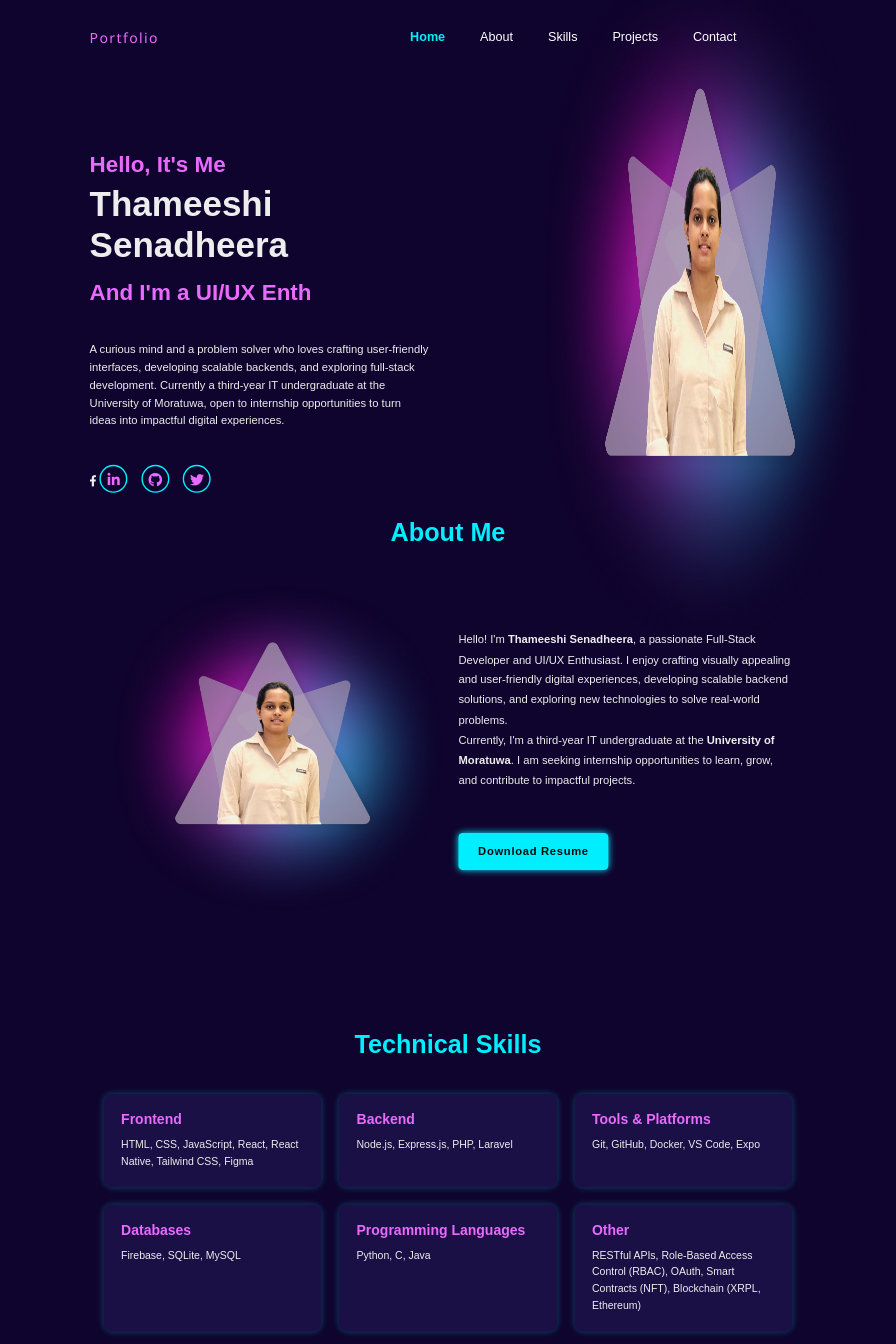
Repository: Thameeshi/portfolio-website
Page: http://localhost/
The author's editor kept a copy of each file at every save. The page is drawn from the files as they stood at one save, then again after the next save.
The browser window is 1280 px wide. The pictures show the part of the page from y = 0 to 1920 px (the page is 3616 px tall), at 70% of full size.
The page is served by the project's Node server (server.js).

Above is the page before, as saved 2025-09-11 11:15:08.

### views/index.ejs
<!DOCTYPE html>
<html lang="en">
<head>
    <meta charset="UTF-8">
    <meta name="viewport" content="width=device-width, initial-scale=1.0">
    <title><%= title || (data.personal.name + ' - Portfolio') %></title>
    <link rel="stylesheet" href="/css/style.css">

    <!-- Font Awesome for icons -->
    <link rel="stylesheet" href="https://cdnjs.cloudflare.com/ajax/libs/font-awesome/6.4.0/css/all.min.css" crossorigin="anonymous" referrerpolicy="no-referrer" />

    <!-- SEO Meta Tags -->
    <meta name="description" content="<%= data.personal.name %> - <%= data.personal.title %> specializing in full-stack development, UI/UX design, and modern web technologies.">
    <meta name="keywords" content="full-stack developer, UI/UX, web development, React, Node.js, portfolio, <%= data.personal.name %>">
    <meta name="author" content="<%= data.personal.name %>">
    <meta name="robots" content="index, follow">

    <!-- Open Graph Tags -->
    <meta property="og:title" content="<%= data.personal.name %> - Portfolio">
    <meta property="og:description" content="<%= data.personal.title %> specializing in full-stack development and UI/UX design">
    <meta property="og:type" content="website">
    <meta property="og:url" content="<%= process.env.SITE_URL || '' %>">
    <meta property="og:image" content="/images/home.png">

    <!-- Twitter Card -->
    <meta name="twitter:card" content="summary_large_image">
    <meta name="twitter:title" content="<%= data.personal.name %> - Portfolio">
    <meta name="twitter:description" content="<%= data.personal.title %> specializing in full-stack development and UI/UX design">
    <meta name="twitter:image" content="/images/home.png">

    <!-- Favicon -->
    <link rel="icon" type="image/x-icon" href="/favicon.ico">

    <!-- Preload important resources -->
    <link rel="preload" href="/css/style.css" as="style">
    <link rel="preload" href="/images/home.png" as="image">
</head>

<body>
    <!-- Header -->
    <header class="header" id="header">
        <a href="#home" class="logo">Portfolio</a>

        <nav class="navbar" id="navbar">
            <a href="#home" class="nav-link">Home</a>
            <a href="#about" class="nav-link">About</a>
            <a href="#skills" class="nav-link">Skills</a>
            <a href="#projects" class="nav-link">Projects</a>
            <a href="#contact" class="nav-link">Contact</a>
        </nav>

        <!-- Mobile menu button -->
        <div class="hamburger" id="hamburger">
            <span></span>
            <span></span>
            <span></span>
        </div>
    </header>

    <!-- Home Section -->
    <section class="home" id="home">
        <div class="home-content">
            <h3>Hello, It's Me</h3>
            <h1><%= data.personal.name %></h1>
            <h3>And I'm a <span class="typing" id="typing"></span></h3>
            <p><%= data.personal.description %></p>

            <!-- Social Links -->
            <div class="home-sci">
                    <i class="fab fa-facebook-f"></i>
                </a>
                <a href="https://www.facebook.com/profile.php?id=61557323637578&mibextid=LQQJ4d" target="_blank" rel="noopener noreferrer" aria-label="LinkedIn">
                    <i class="fab fa-linkedin-in"></i>
                </a>
                <a href="<%= data.social.github %>" target="_blank" rel="noopener noreferrer" aria-label="GitHub">
                    <i class="fab fa-github"></i>
                </a>
                <a href="<%= data.social.twitter %>" target="_blank" rel="noopener noreferrer" aria-label="Twitter">
                    <i class="fab fa-twitter"></i>
                </a>
            </div>
        </div>

        <!-- Right side: Image -->
        <div class="image">
            <img src="/images/home.png" alt="<%= data.personal.name %> - Profile Picture" loading="eager">
        </div>
    </section>

    <!-- About Section -->
    <section class="about" id="about">
        <div class="container">
            <h2>About Me</h2>
            <div class="about-content">
                <div class="about-text">
                    <p>
                        Hello! I'm <strong><%= data.personal.name %></strong>, a passionate <%= data.personal.title %> and UI/UX Enthusiast.
                        I enjoy crafting visually appealing and user-friendly digital experiences, developing scalable backend solutions,
                        and exploring new technologies to solve real-world problems.
                    </p>
                    <p>
                        Currently, I'm a third-year IT undergraduate at the <strong><%= data.personal.university %></strong>.
                        I am seeking internship opportunities to learn, grow, and contribute to impactful projects.
                    </p>
                    <div class="download">
                        <a href="<%= data.personal.resumeLink %>" class="btn-box" target="_blank" rel="noopener noreferrer">
                            Download Resume
                        </a>
                    </div>
                </div>
                <div class="about-image">
                    <img src="/images/home.png" alt="About <%= data.personal.name %>" loading="lazy">
                </div>
            </div>
        </div>
    </section>

    <!-- Skills Section -->
    <section class="skills" id="skills">
        <div class="container">
            <h2>Technical Skills</h2>
            <div class="skills-grid">
                <% data.skills.forEach(skill => { %>
                    <div class="skill-card">
                        <h3><%= skill.category %></h3>
                        <p><%= skill.technologies %></p>
                    </div>
                <% }); %>
            </div>
        </div>
    </section>

    <!-- Projects Section -->
    <section class="projects" id="projects">
        <div class="container">
            <h2>Featured Project</h2>
            <div class="project-showcase">
                <div class="project-card">
                    <div class="project-image-container">
                        <div class="project-images">
                            <% data.project.images.forEach((image, index) => { %>
                                <img src="/images/<%= image %>"
                                     alt="<%= data.project.title %> Screenshot <%= index + 1 %>"
                                     class="project-img <%= index === 0 ? 'active' : '' %>"
                                     loading="<%= index === 0 ? 'eager' : 'lazy' %>">
                            <% }); %>
                        </div>
                        <div class="image-nav">
                            <% data.project.images.forEach((image, index) => { %>
                                <button class="nav-dot <%= index === 0 ? 'active' : '' %>"
                                        onclick="showImage(<%= index %>)"
                                        aria-label="Show image <%= index + 1 %>"></button>
                            <% }); %>
                        </div>
                        <div class="project-overlay">
                            <div class="project-links">
                                <a href="<%= data.project.githubLink %>"
                                   class="project-link"
                                   target="_blank"
                                   rel="noopener noreferrer"
                                   aria-label="View source code">
                                    <i class="fab fa-github"></i>
                                </a>
                                <a href="<%= data.project.liveLink %>"
                                   class="project-link"
                                   target="_blank"
                                   rel="noopener noreferrer"
                                   aria-label="View live demo">
                                    <i class="fas fa-external-link-alt"></i>
                                </a>
                            </div>
                        </div>
                    </div>
                    <div class="project-info">
                        <h3><%= data.project.title %></h3>
                        <p><%= data.project.description %></p>
                        <div class="project-features">
                            <% data.project.features.forEach(feature => { %>
                                <div class="feature">
                                    <i class="fas fa-check-circle"></i>
                                    <span><%= feature %></span>
                                </div>
                            <% }); %>
                        </div>
                        <div class="project-tech">
                            <% data.project.technologies.forEach(tech => { %>
                                <span><%= tech %></span>
                            <% }); %>
                        </div>
                    </div>
                </div>
            </div>
        </div>
    </section>

    <!-- Contact Section -->
    <section class="contact" id="contact">
        <div class="container">
            <h2>Get In Touch</h2>
            <p>I'm always open to discussing new opportunities and interesting projects.</p>

            <div class="contact-content">
                <div class="contact-info">
                    <div class="contact-item">
                        <i class="fas fa-envelope"></i>
                        <h3>Email</h3>
                        <p><%= data.personal.email %></p>
                    </div>
                    <div class="contact-item">
                        <i class="fas fa-phone"></i>
                        <h3>Phone</h3>
                        <p><%= data.personal.phone %></p>
                    </div>
                    <div class="contact-item">
                        <i class="fas fa-map-marker-alt"></i>
                        <h3>Location</h3>
                        <p><%= data.personal.location %></p>
                    </div>
                </div>

                <form class="contact-form" id="contactForm">
                    <div class="form-group">
                        <input type="text"
                               id="name"
                               name="name"
                               placeholder="Your Name"
                               required
                               maxlength="50"
                               pattern="[A-Za-z\s]+"
                               title="Name should only contain letters and spaces">
                    </div>
                    <div class="form-group">
                        <input type="email"
                               id="email"
                               name="email"
                               placeholder="Your Email"
                               required
                               maxlength="100">
                    </div>
                    <div class="form-group">
                        <input type="text"
                               id="subject"
                               name="subject"
                               placeholder="Subject"
                               required
                               maxlength="100">
                    </div>
                    <div class="form-group">
                        <textarea id="message"
                                  name="message"
                                  placeholder="Your Message"
                                  rows="5"
                                  required
                                  minlength="10"
                                  maxlength="1000"></textarea>
                    </div>
                    <button type="submit" class="btn-box">
                        <span class="btn-text">Send Message</span>
                        <span class="btn-loading" style="display: none;">Sending...</span>
                    </button>
                </form>
            </div>
        </div>
    </section>

    <!-- Footer -->
    <footer class="footer">
        <div class="container">
            <p>&copy; <%= currentYear %> <%= data.personal.name %>. All rights reserved.</p>
        </div>
    </footer>

    <!-- Loading overlay -->
    <div class="loading-overlay" id="loadingOverlay">
        <div class="loading-spinner"></div>
    </div>

    <!-- Scripts -->
    <script src="/js/main.js"></script>

    <!-- Typing Effect -->
    <script>
        // Typing effect with data from server
        const typingText = document.getElementById('typing');
        const words = <%- JSON.stringify(data.personal.roles) %>;
        let wordIndex = 0;
        let charIndex = 0;
        let isDeleting = false;

        function typeEffect() {
            if (!typingText || words.length === 0) return;

            const currentWord = words[wordIndex];
            const currentText = currentWord.substring(0, charIndex);
            typingText.textContent = currentText;

            if (!isDeleting && charIndex < currentWord.length) {
                charIndex++;
                setTimeout(typeEffect, 100);
            } else if (isDeleting && charIndex > 0) {
                charIndex--;
                setTimeout(typeEffect, 60);
            } else {
                isDeleting = !isDeleting;
                if (!isDeleting) wordIndex = (wordIndex + 1) % words.length;
                setTimeout(typeEffect, 800);
            }
        }

        // Start typing effect when page loads
        document.addEventListener('DOMContentLoaded', () => {
            setTimeout(typeEffect, 500);
        });
    </script>

    <!-- Structured Data for SEO -->
    <script type="application/ld+json">
    {
        "@context": "https://schema.org",
        "@type": "Person",
        "name": "<%= data.personal.name %>",
        "jobTitle": "<%= data.personal.title %>",
        "description": "<%= data.personal.description.replace(/\n/g, ' ').substring(0, 150) %>",
        "url": "<%= process.env.SITE_URL || '' %>",
        "sameAs": [
            "<%= data.social.linkedin %>",
            "<%= data.social.github %>",
            "<%= data.social.twitter %>"
        ],
        "email": "<%= data.personal.email %>",
        "telephone": "<%= data.personal.phone %>",
        "address": {
            "@type": "PostalAddress",
            "addressLocality": "<%= data.personal.location %>"
        },
        "alumniOf": {
            "@type": "EducationalOrganization",
            "name": "<%= data.personal.university %>"
        },
        "knowsAbout": [
            "Full-Stack Development",
            "UI/UX Design",
            "JavaScript",
            "React",
            "Node.js",
            "Web Development"
        ]
    }
    </script>
</body>
</html>

Loaded but not shown: public/js/main.js (628 lines, source omitted); server.js (274 lines, source omitted); public/css/style.css (770 lines, source omitted)

After the next save:
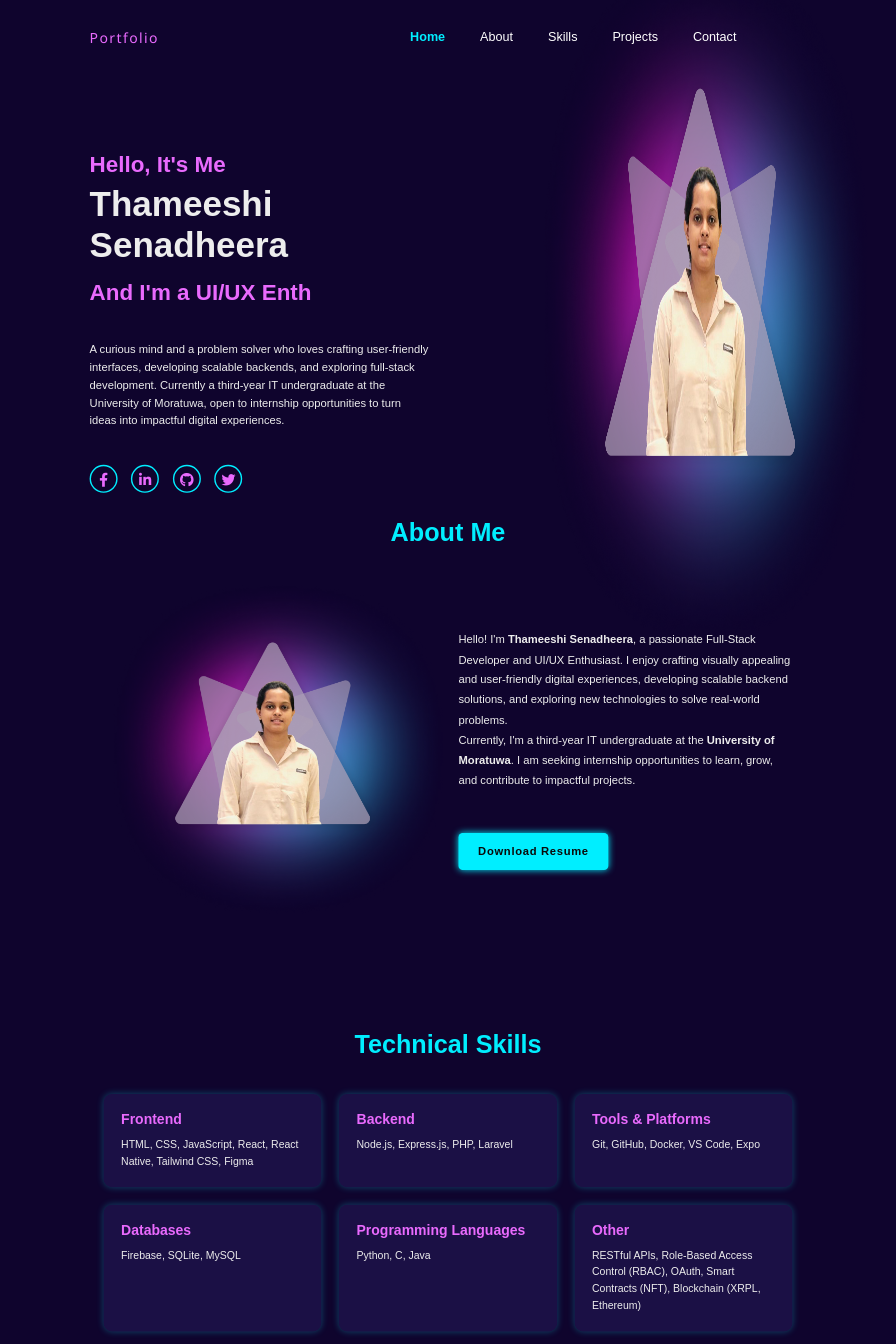
Saved 19 s later.
--- a/views/index.ejs
+++ b/views/index.ejs
@@ -67,9 +67,10 @@
 
             <!-- Social Links -->
             <div class="home-sci">
+                <a href="https://www.facebook.com/profile.php?id=61557323637578&mibextid=LQQJ4d" target="_blank" rel="noopener noreferrer" aria-label="Facebook">
                     <i class="fab fa-facebook-f"></i>
                 </a>
-                <a href="https://www.facebook.com/profile.php?id=61557323637578&mibextid=LQQJ4d" target="_blank" rel="noopener noreferrer" aria-label="LinkedIn">
+                <a href="<%= data.social.linkedin %>" target="_blank" rel="noopener noreferrer" aria-label="LinkedIn">
                     <i class="fab fa-linkedin-in"></i>
                 </a>
                 <a href="<%= data.social.github %>" target="_blank" rel="noopener noreferrer" aria-label="GitHub">
